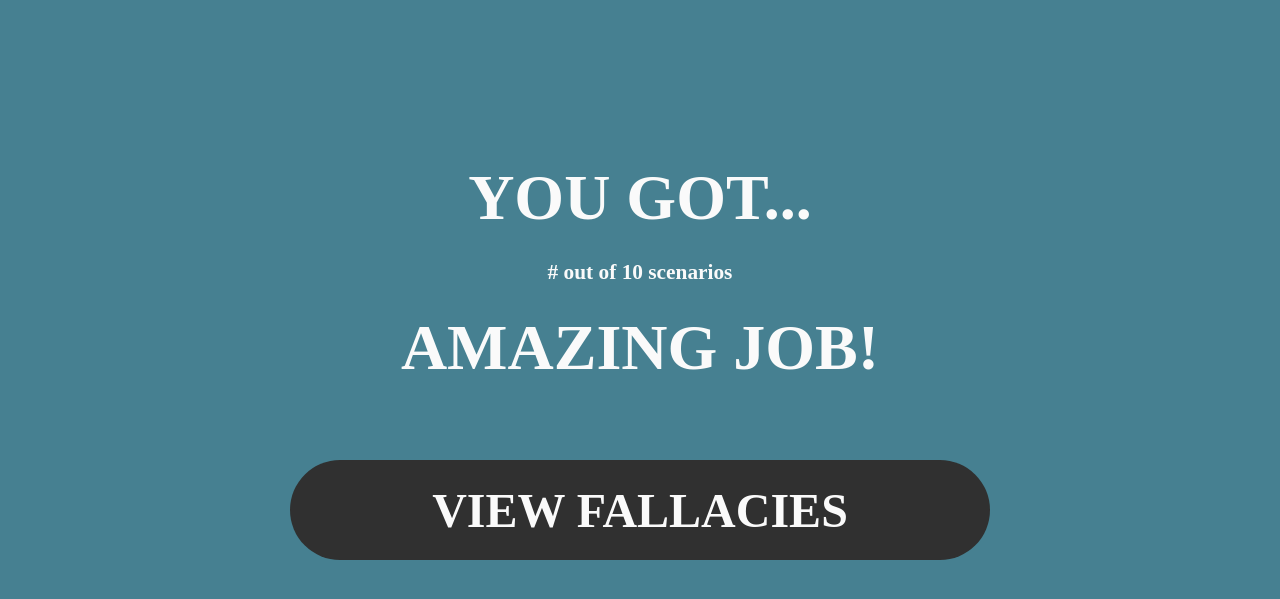
Repository: cindyvunguyen/fallacy
Page: index.html
These files come from the project's save history. The page is drawn as it stood at one moment and after the next save; the edit follows.
The browser window is 1280 px wide. The pictures show the whole page.
Some web fonts or font styles are not loaded; a fallback is used.

Above is the page before, as saved 2020-03-13 14:35:01.

### index.html
<!DOCTYPE html>
<html lang="en">
<head>
    <meta charset="UTF-8">
    <meta name="viewport" content="width=device-width, initial-scale=1.0">
    <title>FALLACIES</title>
    <link href="style.css" rel="stylesheet" type="text/css">
</head>
<body>
    <div id="app">

        <!-- CINDY START -->

        <div id="home-page"></div>

        <div id="lets-start-page"></div>

        <div id="question-page"></div>

        <!-- CINDY END -->

        <!-- SOPHIA START -->

        <!-- when making it one page -->

        <div id="correct-incorrect-page">
            <div id="icon"></div>
            <div id="cip-text1">HORRAY!</div> <!-- incorrect, change to "oh no!" -->
            <div id="cip-a-outcome">
                <div id="cip-text2">You avoided the</div> <!-- icorrect, change to "you committed the"-->
                <div id="cip-fallacy">BANDWAGON FALLACY</div>
                <div id="cip-text2">which is</div>
            </div>
            <div id="cip-definition">Listening to what is popular instead of listening to yourself.</div>
            <button class="white-button" onclick="switchPage()">NEXT QUESTION</button>
        </div>

        <!-- the two above pages technically have the same HTML. so you can only have 1 div and change the CSS through JS. it's entirely up to you. -->

        <div id="results-page">
            <div id="rp-text">
                <div id="rp-message">YOU GOT...</div> <!-- game over, change to "game over" -->
                <div id="rp-results"># out of 10 scenarios</div>  <!-- game over, change to "you commited too many fallacies" -->
                <div id="rp-message">AMAZING JOB!</div> <!-- game over, message disappears -->
            </div>
            <button class="grey-button" onclick="gameOver()">VIEW FALLACIES</button>
        </div>

        <!-- the two above pages technically have the same HTML, so you can only have 1 div and change the CSS through JS. it's entirely up to you. -->

        <!-- SOPHIA END -->

        <!-- CHLOE START -->

        <div id="review-page"></div>

        <div id="review2-page"></div>

        <div id="fallacy-review-page"></div>

        <div id="three-fallacies-page"></div>
        <!-- change the page's content with JS to show all three fallacies when clicked -->

        <!-- CHLOE END -->
        <script src="js.js"></script>
    </div>
</body>
</html>

### style.css
body {
    margin: 0;
}

#app {
    width: 100vw;
    height: 100vh;
    font-family: Visby;
    background-color: #468091;
    color: #FAFAFA;
}

@font-face {
    font-family: Visby;
    src: url(fonts/VisbyRoundCF-Regular.otf) format("woff");
}

@font-face {
    font-family: Visby;
    src: url(fonts/VisbyRoundCF-ExtraBold.otf) format("woff");
    font-weight: bold;
}

.pink-button {
    height: 100px;
    width: 700px;
    background-color: #ed2265;
    border: 0px;
    border-radius: 75px;
    font-family: Visby;
    font-weight: bold;
    font-size: 36pt;
    color: #FAFAFA;
    outline: 0;
}

.pink-button:active {
    background-color: #9c1542;
}

.white-button {
    height: 100px;
    width: 700px;
    background-color: #FAFAFA;
    border: 0px;
    border-radius: 75px;
    font-family: Visby;
    font-weight: bold;
    font-size: 36pt;
    color: #303030;
    outline: 0;
}

.white-button:active {
    background-color: #9e9e9e;
}

.grey-button {
    height: 100px;
    width: 700px;
    background-color: #303030;
    border: 0px;
    border-radius: 75px;
    font-family: Visby;
    font-weight: bold;
    font-size: 36pt;
    color: #FAFAFA;
    outline: 0;
}

.grey-button:active {
    background-color: #000000;
}

/* CINDY START */

/* CINDY END */

/* SOPHIA START */

/* correct page */
#correct-incorrect-page {
    width: 100vw;
    height: 100vh;
    /* display: flex; */
    display: none;
    flex-direction: column;
    align-items: center;
    justify-content: center;
    background-color: #6eb748; /* incorrect, change to #860000*/
}

#icon {
    background-color: olive;
    width: 150px;
    height: 150px;
    border-radius: 50%;
}

#cip-text1 {
    font-size: 36pt;
    font-weight: bold;
    padding: 35px 0;
}

#cip-text2 {
    font-size: 16pt;
    font-weight: bold;
}

#cip-fallacy {
    font-size: 36pt;
    font-weight: bold;
}

#cip-definition {
    font-size: 16pt;
    line-height: 150px;
}

#cip-a-outcome {
    line-height: 60px;
    display: flex;
    flex-direction: column;
    align-items: center;
    justify-content: center;
}

/* results page */
#results-page {
    width: 100vw;
    height: 100vh;
    display: flex;
    /* display: none; */
    flex-direction: column;
    align-items: center;
    justify-content: center;
    /* background-color: #860000; */ /* for game over page when combined */
}

#rp-text {
    padding: 0 0 75px 0;
    line-height: 75px;
    display: flex;
    flex-direction: column;
    align-items: center;
    justify-content: center;
}

#rp-message {
    font-size: 48pt;
    font-weight: bold;
}

#rp-results {
    font-size: 16pt;
    font-weight: bold;
}

/* SOPHIA END */

/* CHLOE START */

/* CHLOE END */

### js.js
// CINDY START

// CINDY END

// SOPHIA START

//            fallacy:"BANDWAGON FALLACY",
//            definition:"Listening to what is popular instead of listening to yourself."

//            fallacy:"APPEAL TO EMOTIONS",
//            definition:"Using people's feelings to convince them or win an argument."

//            fallacy:"AD HOMINEM",
//            definition:"Attacking someone instead of listening to what they're saying."

function switchPage() {
    document.querySelector("#correct-incorrect-page").style.backgroundColor = "#860000";
    document.querySelector("#cip-text1").innerText = "OH NO!";
    document.querySelector("#cip-text2").innerText = "You committed the";
    document.querySelector("#icon").style.backgroundColor = "#b34c20";
}

function gameOver() {
    document.querySelector("#results-page").style.backgroundColor = "#860000";
    document.querySelector("#rp-message").innerText = "GAME OVER";
    document.querySelector("#rp-results").innerText = "You committed too many fallacies";
    document.querySelector("#icon").style.backgroundColor = "#b34c20";
}

// SOPHIA END

// CHLOE START

// CHLOE END

After the next save:
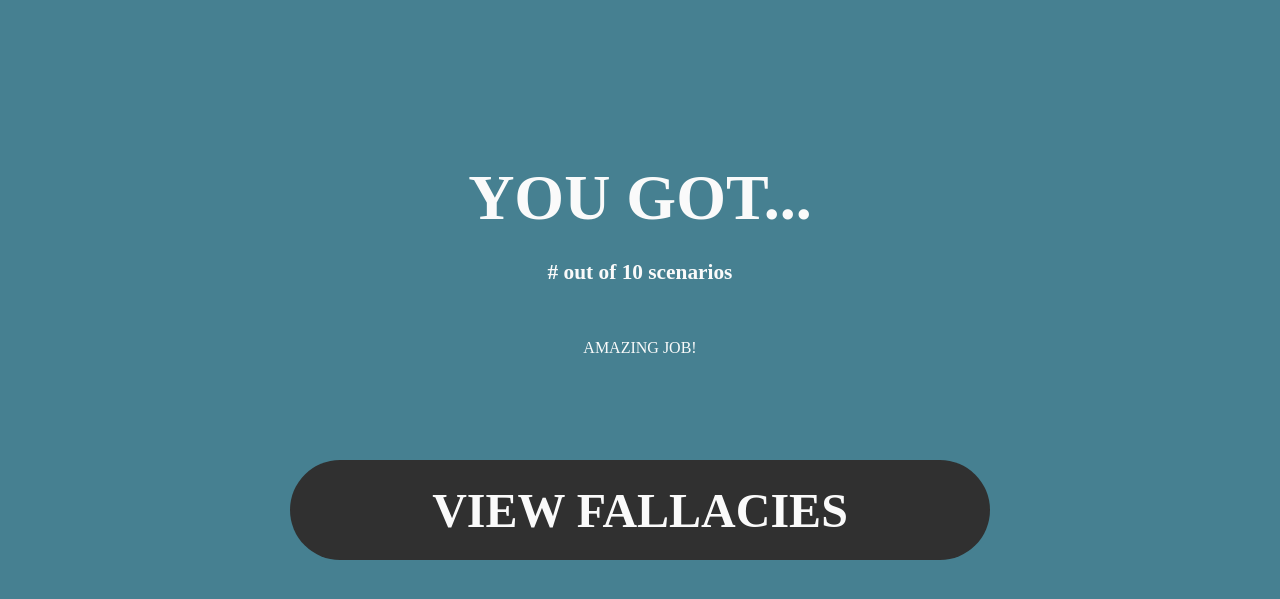
Saved 42 s later.
--- a/index.html
+++ b/index.html
@@ -41,7 +41,7 @@
             <div id="rp-text">
                 <div id="rp-message">YOU GOT...</div> <!-- game over, change to "game over" -->
                 <div id="rp-results"># out of 10 scenarios</div>  <!-- game over, change to "you commited too many fallacies" -->
-                <div id="rp-message">AMAZING JOB!</div> <!-- game over, message disappears -->
+                <div id="rp-congrats">AMAZING JOB!</div> <!-- game over, message disappears -->
             </div>
             <button class="grey-button" onclick="gameOver()">VIEW FALLACIES</button>
         </div>

After the save that followed:
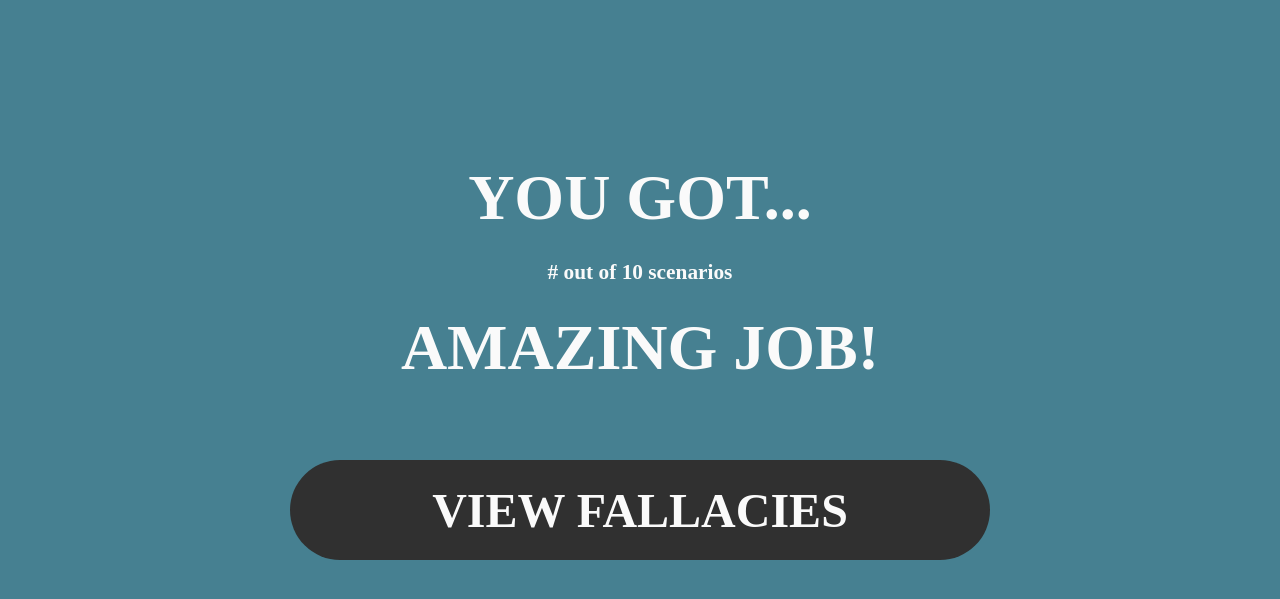
Saved 11 s later.
--- a/style.css
+++ b/style.css
@@ -157,6 +157,11 @@ body {
     font-weight: bold;
 }
 
+#rp-congrats {
+    font-size: 48pt;
+    font-weight: bold;
+}
+
 /* SOPHIA END */
 
 /* CHLOE START */
